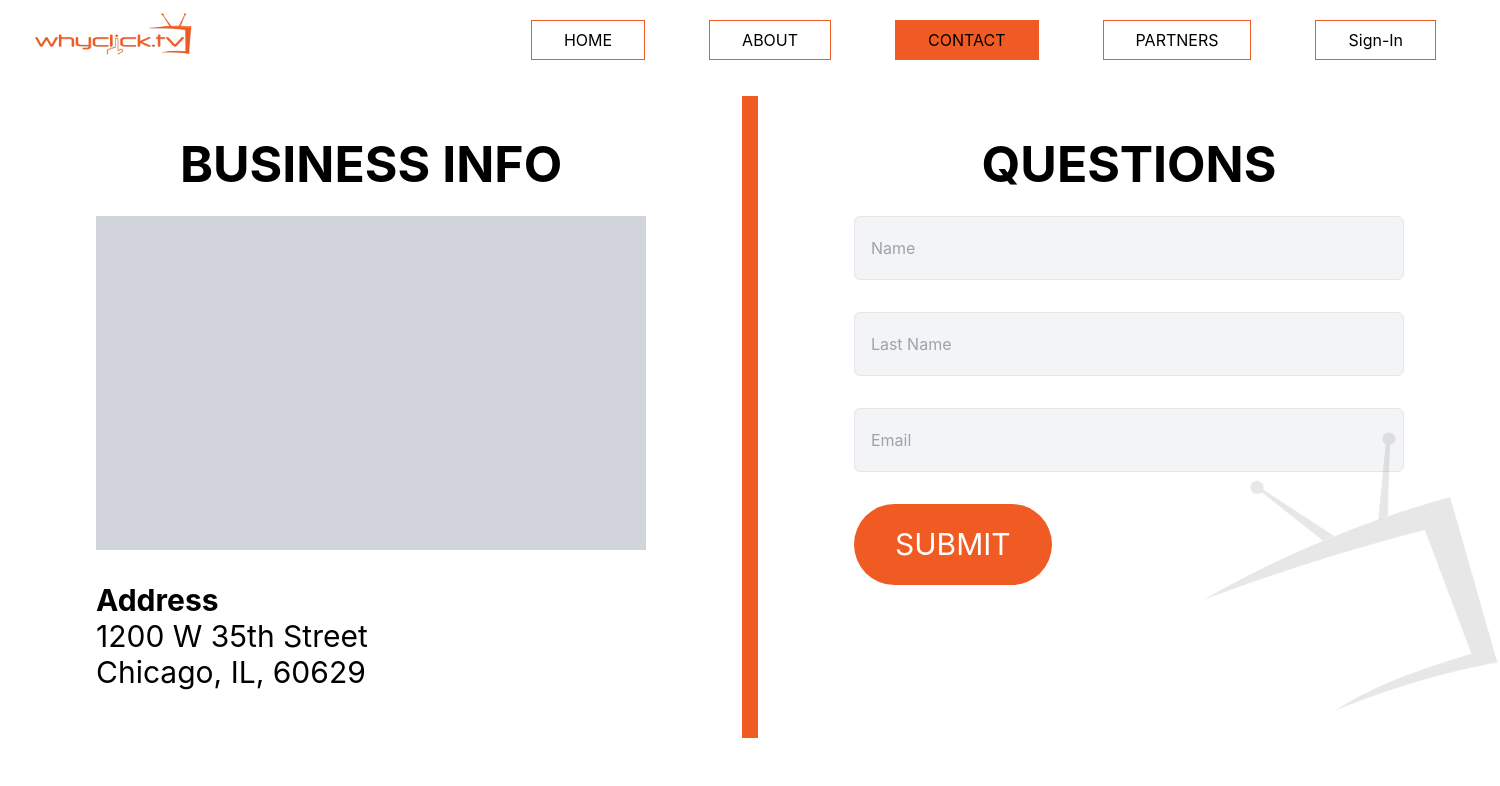
Repository: legenddev1202/whyclicktv
Page: /contact
An editor plug-in stored every save of this project. The page is shown before and after the next save, followed by the edit.
The browser window is 1280 px wide. The page is 1500 px wide, so the pictures cover 1500 px, including what lies to the right of the window. The pictures show the whole page.
The project was rebuilt for these pictures with package versions that can differ from the ones it lists, and the page was loaded fresh each time. Also part of the build but not shown: src/App.css, src/pages/home.js, src/pages/about.js, src/pages/partners.js, src/pages/referral.js.

Above is the page before, as saved 2022-04-18 22:19:42.

### public/index.html
<!DOCTYPE html>
<html lang="en">
  <head>
    <meta charset="utf-8" />
    <link rel="icon" href="%PUBLIC_URL%/favicon.ico" />
    <meta name="viewport" content="width=device-width, initial-scale=1" />
    <meta name="theme-color" content="#000000" />
    <meta name="description" content="why-click" />
    <link rel="apple-touch-icon" href="%PUBLIC_URL%/favicon.ico" />
    <!--
      manifest.json provides metadata used when your web app is installed on a
      user's mobile device or desktop. See https://developers.google.com/web/fundamentals/web-app-manifest/
    -->
    <link rel="manifest" href="%PUBLIC_URL%/manifest.json" />
    <!--
      Notice the use of %PUBLIC_URL% in the tags above.
      It will be replaced with the URL of the `public` folder during the build.
      Only files inside the `public` folder can be referenced from the HTML.

      Unlike "/favicon.ico" or "favicon.ico", "%PUBLIC_URL%/favicon.ico" will
      work correctly both with client-side routing and a non-root public URL.
      Learn how to configure a non-root public URL by running `npm run build`.
    -->
    <title>WhyClick.tv</title>
  </head>
  <body>
    <noscript>WhyClick.tv</noscript>
    <div id="root"></div>
    <!--
      This HTML file is a template.
      If you open it directly in the browser, you will see an empty page.

      You can add webfonts, meta tags, or analytics to this file.
      The build step will place the bundled scripts into the <body> tag.

      To begin the development, run `npm start` or `yarn start`.
      To create a production bundle, use `npm run build` or `yarn build`.
    -->
  </body>
</html>

### src/index.css
@tailwind base;
@tailwind components;
@tailwind utilities;

body {
  margin: 0;
  font-family: -apple-system, BlinkMacSystemFont, "Segoe UI", "Roboto", "Oxygen",
    "Ubuntu", "Cantarell", "Fira Sans", "Droid Sans", "Helvetica Neue",
    sans-serif;
  -webkit-font-smoothing: antialiased;
  -moz-osx-font-smoothing: grayscale;
  height: 100%;
  min-width: 1500px;
}

code {
  font-family: source-code-pro, Menlo, Monaco, Consolas, "Courier New",
    monospace;
}

input::placeholder {
  font-size: 50;
}

input::-moz-placeholder {
  font-size: 50;
}

input::-webkit-input-placeholder {
  font-size: 50;
}

### src/App.js
import { Routes, Route, Link } from "react-router-dom";
import "./App.css";
import Home from "./pages/home";
import About from "./pages/about";
import Contact from "./pages/contact";
import Partners from "./pages/partners";
import Referral from "./pages/referral";

function App() {
  return (
    <Routes>
      <Route path="/" element={<Home />} />
      <Route path="about" element={<About />} />
      <Route path="contact" element={<Contact />} />
      <Route path="partners" element={<Partners />} />
      <Route path="referrel" element={<Referral />} />
    </Routes>
  );
}

export default App;

### src/pages/contact.js
import React, { useState } from "react";
import { Routes, Route, Link } from "react-router-dom";
import axios from "axios";

function Contact() {
  const [values, setValues] = useState({
    name: "",
    lastName: "",
    email: "",
  });
  const onSubmit = async () => {
    console.log(values);
    var form = {
      email: "info@whyclick.tv",
      // email: 'ocean.kurakin@gmail.com',
      subject: `Received a message from ${values.email}`,
      emailBody: `
        <p> Name: ${values.name} ${values.lastName}</p>
      `,
    };

    const response = await axios.post(
      "https://us-central1-insurancewebapptest.cloudfunctions.net/sendMailOverHTTP_whyClick",
      form
    );
    console.log(response.data);
    if (response.data.includes("Error")) {
      console.log(true);
    } else {
      console.log(true);
    }
  };
  return (
    <div className="relative h-full w-full" style={{ height: "100vh" }}>
      <div className="bg-transparent w-full h-20 flex items-center px-8 justify-between z-20 absolute">
        <div className="h-20">
          <img
            className="logo-icon h-full"
            src="assets/images/logos/logo.svg"
            alt="logo"
          />
        </div>
        <div className="bg-transparent">
          <button
            className="h-10 px-8 mx-8 border"
            style={{ borderColor: "#F05A23", backgroundColor: "white" }}
          >
            <Link to="/">HOME</Link>
          </button>
          <button
            className="h-10 px-8 mx-8 border"
            style={{ borderColor: "#F05A23", backgroundColor: "white" }}
          >
            <Link to="/about">ABOUT</Link>
          </button>
          <button
            className="h-10 px-8 mx-8 border"
            style={{ borderColor: "#F05A23", backgroundColor: "#F05A23" }}
          >
            <Link to="/contact">CONTACT</Link>
          </button>
          <button
            className="h-10 px-8 mx-8 border"
            style={{ borderColor: "#F05A23" }}
          >
            <Link to="/partners">PARTNERS</Link>
          </button>
          <button
            className="h-10 px-8 mx-8 border"
            style={{ borderColor: "#F05A23" }}
          >
            <Link to="/signin">Sign-In</Link>
          </button>
        </div>
      </div>

      <div className="w-full h-11/12 mt-12 absolute p-12 flex">
        <div className="w-1/2 h-full p-12 pr-24 flex flex-col items-center">
          <div className="text-4xl font-bold" style={{ fontSize: 50 }}>
            BUSINESS INFO
          </div>
          <div
            className="w-full h-72 bg-gray-300 mt-8"
            style={{ height: 334 }}
          ></div>
          <div className="mt-8 self-start">
            <div
              className="text-xl font-bold"
              style={{ fontSize: 30, lineHeight: 1.2 }}
            >
              Address
            </div>
            <div className="text-xl" style={{ fontSize: 30, lineHeight: 1.2 }}>
              1200 W 35th Street{" "}
            </div>
            <div className="text-xl" style={{ fontSize: 30, lineHeight: 1.2 }}>
              Chicago, IL, 60629{" "}
            </div>
          </div>
        </div>
        <div
          className="w-4 h-12/12 z-10"
          style={{ backgroundColor: "#F05A23" }}
        ></div>
        <div className="w-1/2 p-12 h-full pl-24 flex flex-col items-center">
          <div className="text-4xl font-bold" style={{ fontSize: 50 }}>
            QUESTIONS
          </div>
          <div className="w-full mt-8">
            <input
              className="w-full rounded-md h-16 border px-4 bg-gray-100"
              placeholder="Name"
              onChange={(e) => setValues({ ...values, name: e.target.value })}
            ></input>
            <div className="w-full mt-8">
              <input
                className="w-full rounded-md h-16 border px-4 bg-gray-100"
                placeholder="Last Name"
                onChange={(e) =>
                  setValues({ ...values, lastName: e.target.value })
                }
              ></input>
            </div>

            <div className="w-full mt-8">
              <input
                className="w-full rounded-md h-16 border px-4 bg-gray-100"
                placeholder="Email"
                onChange={(e) =>
                  setValues({ ...values, email: e.target.value })
                }
              ></input>
            </div>
          </div>
          <div className="self-start mt-8">
            <button
              className=" rounded-full"
              style={{
                backgroundColor: "#F05A23",
                width: 198,
                height: 81,
                color: "white",
                fontSize: 30,
              }}
              onClick={onSubmit}
            >
              SUBMIT
            </button>
          </div>
        </div>
      </div>
      <img
        className="logo-icon h-72 absolute bottom-0 right-0"
        src="assets/images/logos/tv-logo.png"
        alt="logo"
      />
    </div>
  );
}

export default Contact;

Loaded but not shown: src/index.js (common file); src/reportWebVitals.js (common file); tailwind.config.js (common file)

After the next save:
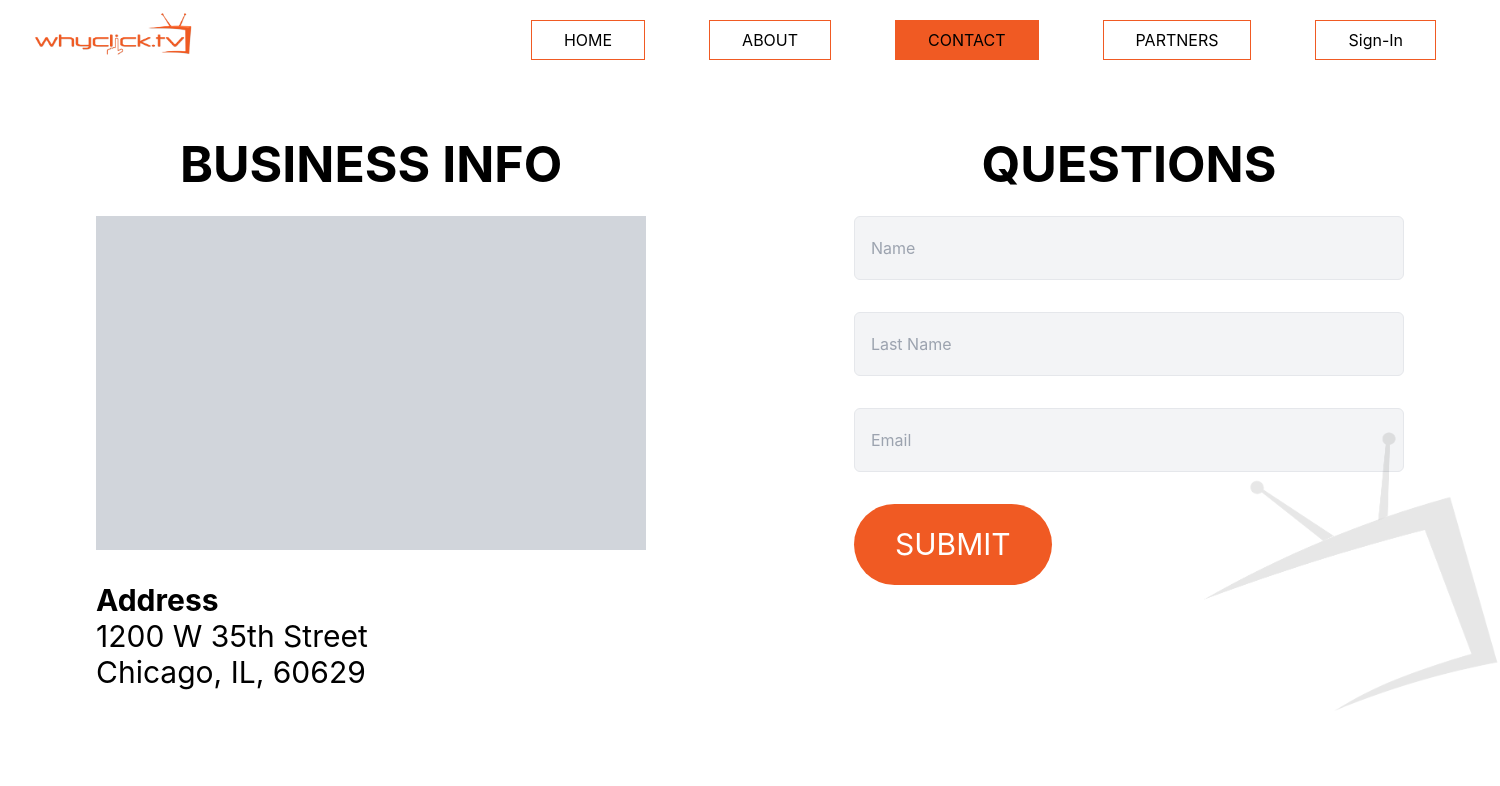
Saved 6 s later.
--- a/src/pages/contact.js
+++ b/src/pages/contact.js
@@ -99,7 +99,7 @@
           </div>
         </div>
         <div
-          className="w-4 h-12/12 z-10"
+          className="w-4 h-full z-10"
           style={{ backgroundColor: "#F05A23" }}
         ></div>
         <div className="w-1/2 p-12 h-full pl-24 flex flex-col items-center">

After the save that followed:
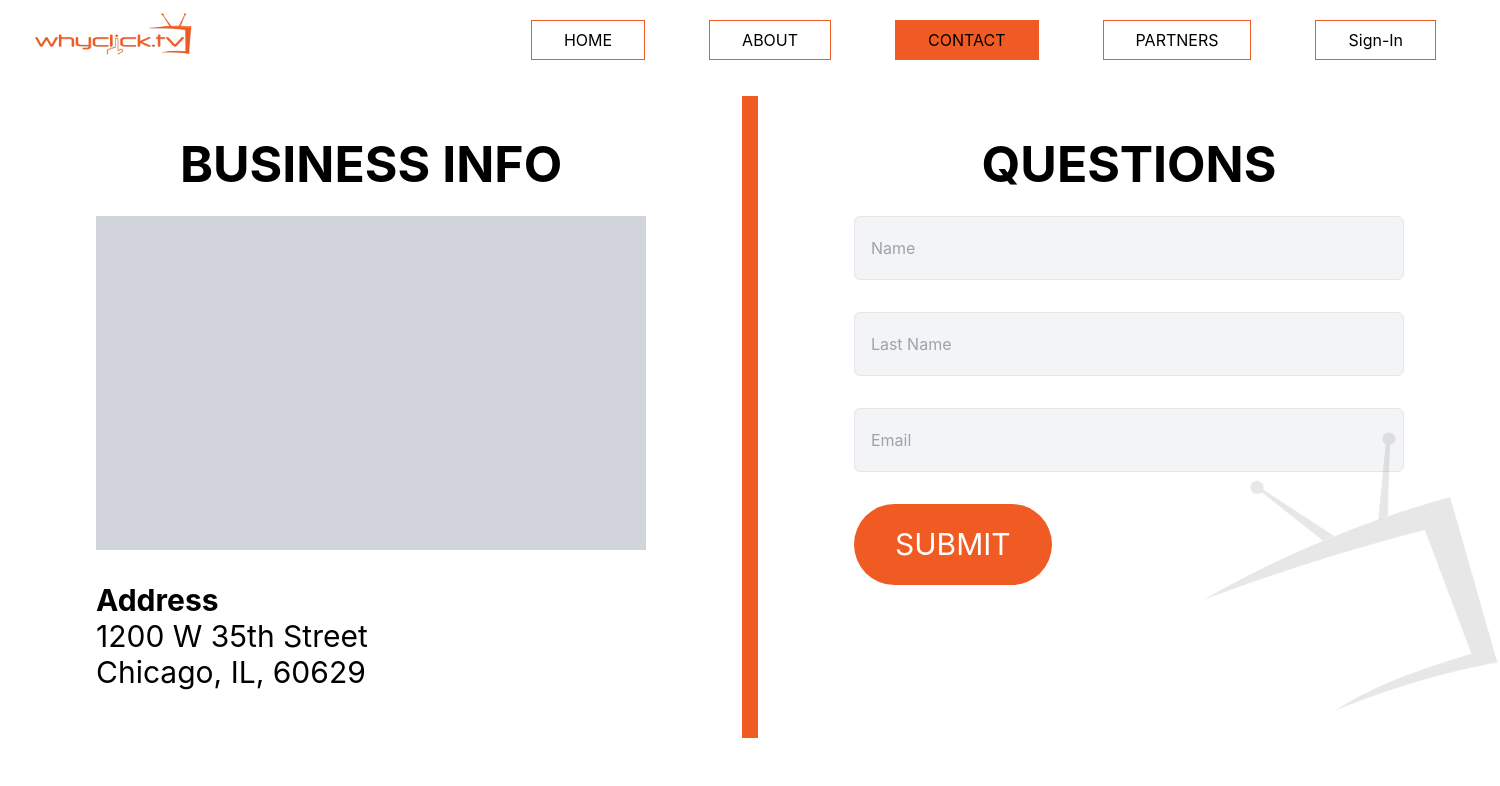
Saved 8 s later.
--- a/src/pages/contact.js
+++ b/src/pages/contact.js
@@ -75,7 +75,7 @@
       </div>
 
       <div className="w-full h-11/12 mt-12 absolute p-12 flex">
-        <div className="w-1/2 h-full p-12 pr-24 flex flex-col items-center">
+        <div className="w-1/2 h-11/12 p-12 pr-24 flex flex-col items-center">
           <div className="text-4xl font-bold" style={{ fontSize: 50 }}>
             BUSINESS INFO
           </div>
@@ -99,7 +99,7 @@
           </div>
         </div>
         <div
-          className="w-4 h-full z-10"
+          className="w-4 h-12/12 z-10"
           style={{ backgroundColor: "#F05A23" }}
         ></div>
         <div className="w-1/2 p-12 h-full pl-24 flex flex-col items-center">
